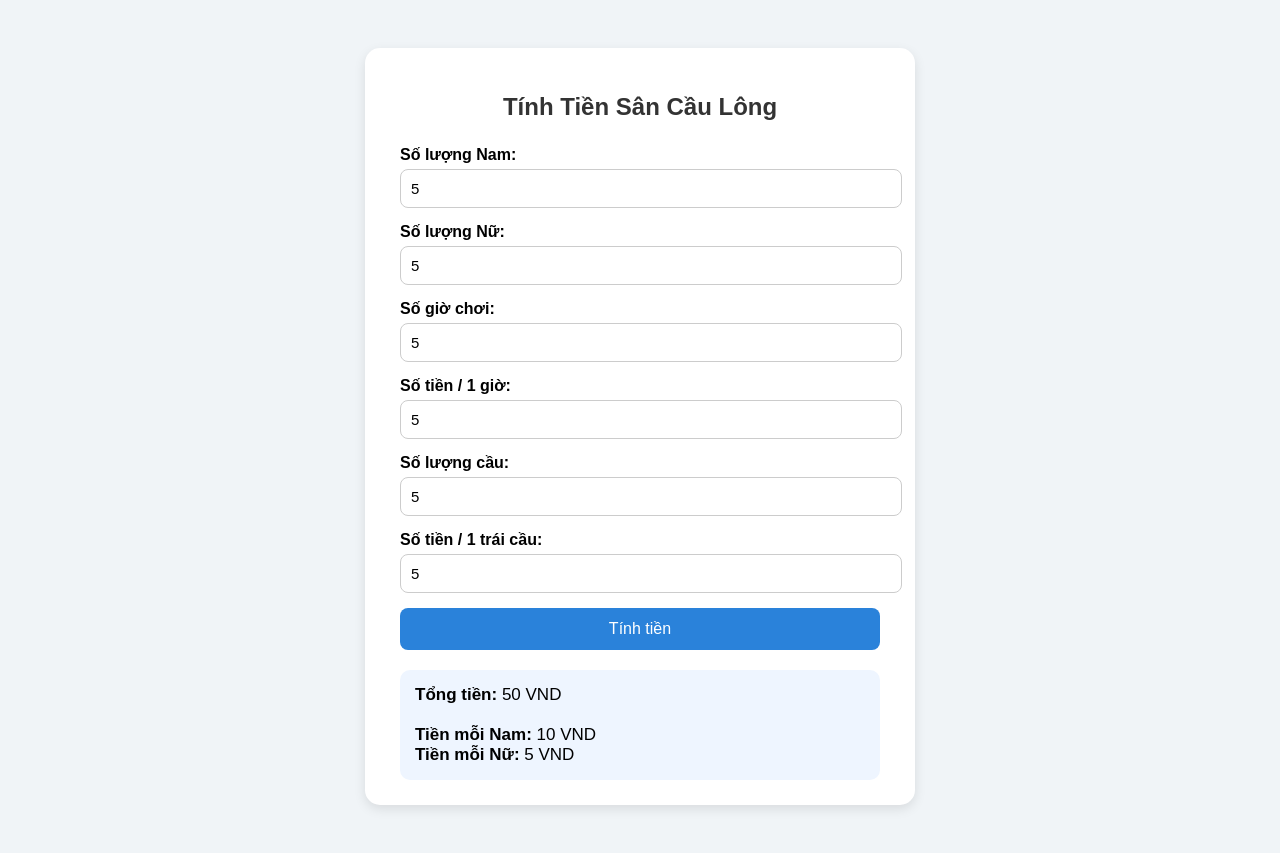
Repository: LuongPTCE181311/Badminton
Page: index.html
An editor plug-in stored every save of this project. The page is shown before and after the next save, followed by the edit.
The browser window is 1280 px wide. The pictures show the whole page.
Empty fields were first filled with sample values (such as "Sample", 5 or name@example.com).
After loading, the first visible `button` was clicked once.

Above is the page before, as saved 2025-12-07 20:16:41.

After the next save:
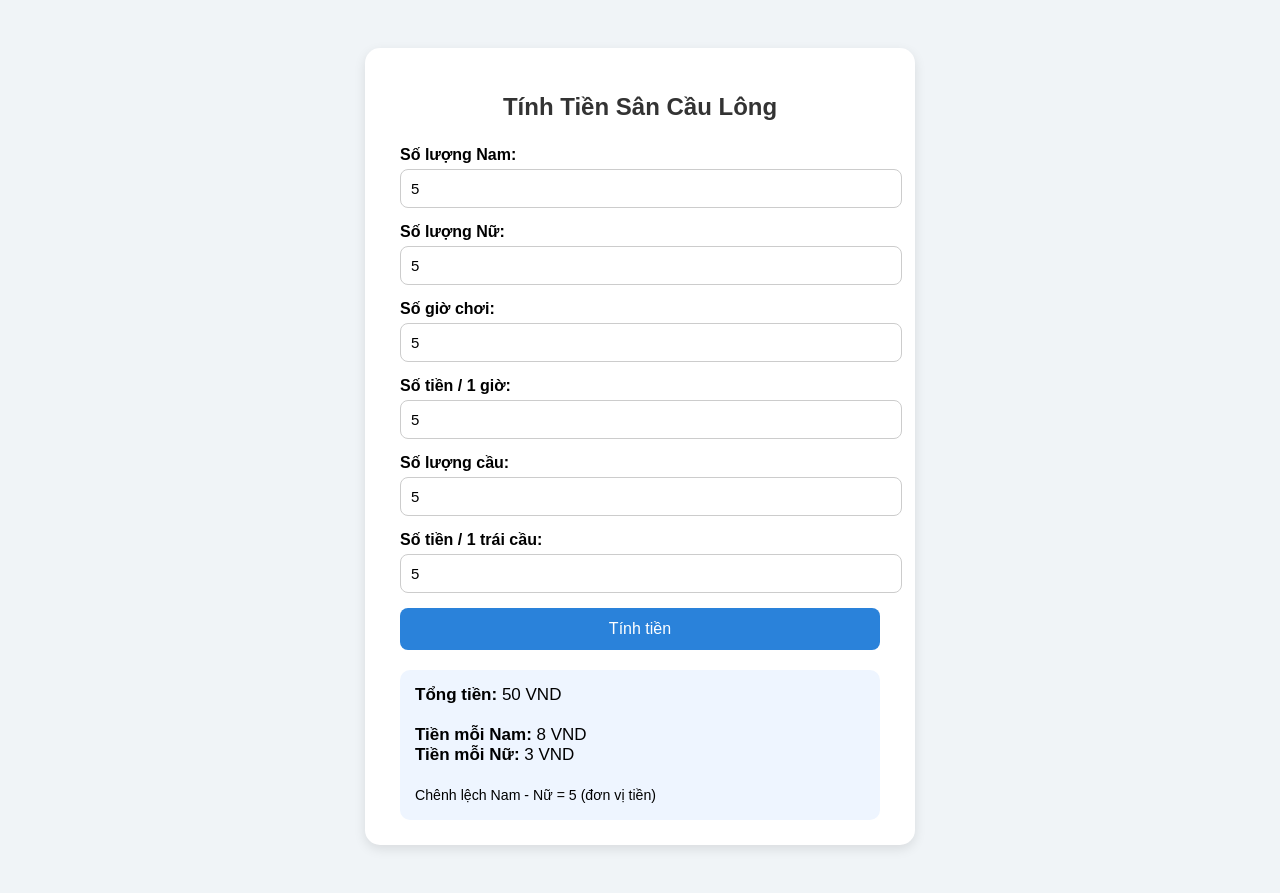
Saved 6 min 58 s later.
--- a/assets/js/main.js
+++ b/assets/js/main.js
@@ -1,3 +1,4 @@
+// assets/js/main.js
 function calculateFee() {
   const male = parseInt(document.getElementById("maleCount").value) || 0;
   const female = parseInt(document.getElementById("femaleCount").value) || 0;
@@ -10,23 +11,69 @@ function calculateFee() {
     parseFloat(document.getElementById("shuttlePrice").value) || 0;
 
   const totalPeople = male + female;
-  if (totalPeople === 0) return alert("Phải có ít nhất 1 người chơi!");
+  if (totalPeople === 0) {
+    alert("Phải có ít nhất 1 người chơi!");
+    return;
+  }
 
   const courtFee = hours * priceHour;
   const shuttleFee = shuttleCount * shuttlePrice;
-  let totalFee = courtFee + shuttleFee;
+  let totalFee = Math.round(courtFee + shuttleFee); // dùng số nguyên
 
-  let baseShare = Math.ceil(totalFee / totalPeople);
-  let extra = Math.floor(Math.random() * 3) + 3; // 3–5 nghìn
+  // Helper: format tiền
+  function fmt(n) {
+    return n.toLocaleString() + " VND";
+  }
 
-  let malePay = baseShare + extra;
-  let femalePay = baseShare;
+  let resultBox = document.getElementById("result");
+  resultBox.style.display = "block";
 
-  const resultBox = document.getElementById("result");
-  resultBox.style.display = "block";
-  resultBox.innerHTML = `
-<strong>Tổng tiền:</strong> ${totalFee.toLocaleString()} VND <br><br>
-<strong>Tiền mỗi Nam:</strong> ${malePay.toLocaleString()} VND <br>
-<strong>Tiền mỗi Nữ:</strong> ${femalePay.toLocaleString()} VND
-`;
+  // Trường hợp chỉ 1 nhóm
+  if (female === 0) {
+    let perMale = Math.ceil(totalFee / male);
+    resultBox.innerHTML = `<strong>Tổng tiền:</strong> ${fmt(totalFee)}<br><br>
+                               <strong>Tiền mỗi Nam:</strong> ${fmt(
+                                 perMale
+                               )}<br>
+                               <strong>Tiền mỗi Nữ:</strong> -`;
+    return;
+  }
+  if (male === 0) {
+    let perFemale = Math.ceil(totalFee / female);
+    resultBox.innerHTML = `<strong>Tổng tiền:</strong> ${fmt(totalFee)}<br><br>
+                               <strong>Tiền mỗi Nam:</strong> -<br>
+                               <strong>Tiền mỗi Nữ:</strong> ${fmt(perFemale)}`;
+    return;
+  }
+
+  // Có cả Nam và Nữ
+  // Chọn diff trong khoảng 3..5 (đơn vị giống input)
+  const diff = Math.floor(Math.random() * 3) + 3; // 3,4 hoặc 5
+
+  // Tính femaleShare tối thiểu sao cho tổng thu >= totalFee
+  // femaleShare * (male+female) + male * diff >= totalFee
+  // => femaleShare >= (totalFee - male*diff) / (male+female)
+  const denom = male + female;
+  let femaleShare = Math.ceil((totalFee - male * diff) / denom);
+
+  if (femaleShare < 0) femaleShare = 0; // tránh âm
+
+  let maleShare = femaleShare + diff;
+
+  // Nếu tổng thu vẫn < totalFee, tăng femaleShare cho đến khi đủ
+  let collected = male * maleShare + female * femaleShare;
+  while (collected < totalFee) {
+    femaleShare += 1;
+    maleShare = femaleShare + diff;
+    collected = male * maleShare + female * femaleShare;
+    // Break-safety: nếu vòng lặp quá lâu, cho phép tăng diff nhỏ (không cần ở hầu hết trường hợp)
+    if (femaleShare > totalFee) break;
+  }
+
+  resultBox.innerHTML = `<strong>Tổng tiền:</strong> ${fmt(totalFee)}<br><br>
+                           <strong>Tiền mỗi Nam:</strong> ${fmt(maleShare)}<br>
+                           <strong>Tiền mỗi Nữ:</strong> ${fmt(
+                             femaleShare
+                           )}<br><br>
+                           <small>Chênh lệch Nam - Nữ = ${diff} (đơn vị tiền)</small>`;
 }
